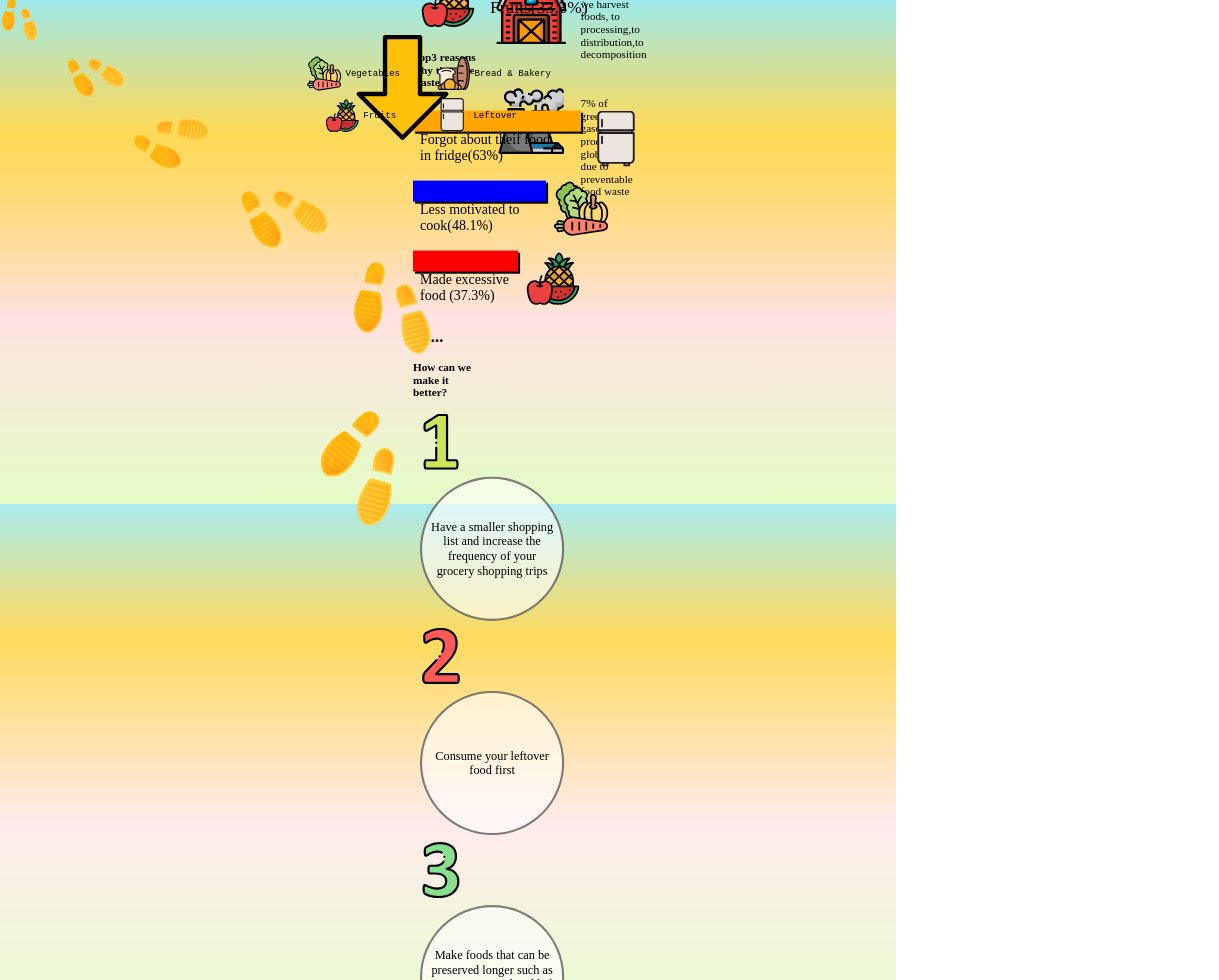
Repository: iorid3/Midterm
Page: index.html
The author's editor kept a copy of each file at every save. The page is drawn from the files as they stood at one save, then again after the next save.
The browser window is 1280 px wide. The page is 1280 px wide, then 1741 px, so the pictures cover 1741 px, including what lies to the right of the window. The pictures show the part of the page from y = 0 to 1400 px (the page is 2584 px tall before and 1831 px after), at 70% of full size.

Above is the page before, as saved 2021-03-09 11:25:43.

### index.html
<!DOCTYPE html>
<html>
    <head>
       <title>Mid term</title>
        <link href= "./index.css"  rel ="stylesheet" type = "text/css" >
    </head>
<body>
   <div id = "main">

        <div class = "section1">
            <div><h1> How Food Waste Impacts Our World</h1></div>
            <div><img src ="./Images/earth crying.svg"/></div>
            <div class = "comp1"></div>
            <div class = "comp2"></div>
            <div class = "comp5"></div>
        </div>

        <div class = "section2">
            <div><h2>DId you know that...</h2></div>
            <div class ="comp3_1"></div>
            <div class ="comp3_2"></div>
            <div class ="comp3_3"></div>
            <div class ="comp3_4"></div>
            <div class = "comp1"></div>

            <div class = "flag"><img src = ""></div>
            <div><h3>Most Common Foods Thrown out by Canadians</h3></div>
               <div class = "container1">
                    <div class ="comp4_1"></div>
                    <div class ="comp4_2"></div>
                    <div class ="comp4_3"></div>
                    <div class ="comp4_4"></div>
                </div>

            <div class = "comp5"></div>
            <div><h3>In Canada, entirely, that is almost 2.2 million tonnes of food wasted</h3></div>
            <div><img src = ""></div>
        </div>

        <div class = "section3">
            <div><h2>How does food waste contribute to carbon foodprint?</h2></div>
            <div><img src = ""></div>

            <div class = "comp6"></div>
            <div class = "comp6"></div>
            <div class = "comp6"></div>
            <div class = "comp6"></div>

                <div class = "container2">
                    <div><img src = ""></div>
                    <div><img src = ""></div>
                    <div><img src = ""></div>
                </div>

            <div class = "comp6"></div>


        </div>


        <div class = "section4">
            <div class = "container3">
               <div><img src = ""></div>
               <div><h3>Survey Results</h3></div>
               <div>Out of 27 responses...</div>
            </div>


            <div class ="comp2"></div>
            <div><h4>Top3 foods that are wasted...</h4></div>
            <div class = "container4">
                <div class = "comp7"></div>
                <div class = "comp7"></div>
                <div class = "comp7"></div>
            </div>

            <div><h4>Top3 reasons why they are wasted...</h4></div>
            <div class = "container5">
                <div class = "comp8"></div>
                <div class = "comp8"></div>
                <div class = "comp8"></div>
            </div>



            <div><h2>So...</h2></div>

            <div><h4>How can we make it better?</h4></div>
            <div class = "container6">
                <div class ="comp9"></div>
                <div class ="comp9"></div>
                <div class ="comp9"></div>
                <div class ="comp9"></div>
            </div>
        </div>

        <div class = "section5">

            <div><h3>Small Steps goes a long way</h3></div>
            <div class = "comp10"></div>
            <div class = "comp10"></div>
            <div class = "comp10"></div>
            <div class = "comp10"></div>
            <div class = "comp10"></div>
            <div class = "comp10"></div>

            <div><img src = ""></div>
            <div><img src = ""></div>

            <div class = "comp5"></div>
            <div><h3>Do your part in saving the environment by ...</h3></div>
            <div><h2>Using this app to reduce food waste</h2></div>
            <div><h2>FridgeSaver</h2></div>
            <div><img src =""></div>
            <div class = "comp5"></div>
            <div><h5>Start with what you have in your fridge</h5></div>

            <div><img src =""></div>
            <div><h5>Ready to find interesting recipes?</h5></div>



        </div>

    <h1>HIHIHI</h1>



       <!-- <div class = "col left">
           <div class = "row top">
               <div class = "shake"></div>
           </div>
           <div class = "row mid">
               <div class = "rank1"></div>
               <div class = "rank2"></div>
           </div> -->
    </div>

<script src = ./Comps/comp1/index.js></script>
<script src = ./Comps/comp2/index.js></script>
<script src = ./Comps/comp3/index.js></script>
<script src = ./Comps/comp4/index.js></script>
<script src = ./Comps/comp5/index.js></script>
<script src = ./Comps/comp6/index.js></script>
<script src = ./Comps/comp7/index.js></script>
<script src = ./Comps/comp8/index.js></script>
<script src = ./Comps/comp9/index.js></script>
<script src = ./Comps/comp10/index.js></script>

<script src = ./index.js></script>
</body>
</html>

### index.css
html,body{
    margin:0;
    background: linear-gradient(180deg, rgba(156, 233, 235, 0.86) 0%, rgba(255, 217, 86, 0.96) 26.56%, rgba(255, 220, 220, 0.6) 63.02%, rgba(227, 252, 195, 0.76) 100%);
    mix-blend-mode: normal;
}
#main{
    width:100vw;
    height:100vh;
    display:flex;
    flex-direction: column;
    align-items: center;
    justify-content: center;
}

.section1{
  width:100px;
}


.section2{
    width:100px;

}

.section3{
    display:flex;
    width:100px;
    height:100px;
}

.section4{
    width:100px;
}


.section5{
    width:100px;

}

### Comps/comp1/index.js
function Comp1UI(url="Images/confusion.png", size ="10px", font= "Poppins", text="text"){
    return `<div style='
            width: 100vw;
            height: 30vh;
            display: inline-flex;
            justify-content: center;
            align-items: center;
            transition: opacity 1s;
            opacity: 0.25;
            position:absolute;
        '
        onclick='Comp1UI.HandleClick(this)'
        >

        <img style='
            display: inline-flex;
            width: 200px;
            position: relative;
            left: 140px;
            top: 60px;
        'src="${url}" />

        <div>
            <img style='
                display: inline-flex;
                position: relative;
                width: 500px;
                left: 100px;
                bottom: 10px;
            'src="Images/chat.svg" />

            <div style='
                display: inline-flex;
                position: relative;
                bottom: 280px;
                right: 265px;
                font-size: ${size};
                font-weight: bold;
                font-family: ${font};
            '> ${text}</div>
        </div>
    </div>`
}

Comp1UI.HandleClick = (el) => {
    el.style.opacity = 1;
}

### Comps/comp2/index.js
function Comp2UI(url="Images/confusion.png", size ="10px", font= "Poppins", text="text"){
    return `<div style='
        width: 100vw;
        height: 30vh;
        display: inline-flex;
        justify-content: center;
        align-items: center;
        transition: opacity 1s;
        opacity: 0.25;
        position:absolute;
    '
    onclick='Comp1UI.HandleClick(this)'
    >

        <img style='
            display: inline-flex;
            width: 200px;
            position: relative;
            left: 500px;
            top:60px;
        ' src="${url}"/>

        <div>
            <img style='
                display: inline-flex;
                position: relative;
                width: 500px;
                right: 200px;
                bottom: 10px;
                transform: rotateY(180deg)
            ' src="Images/chat2.svg" />

            <div style='
                display: inline-flex;
                position: relative;
                bottom: 280px;
                right: 560px;
                font-size: ${size};
                font-weight: bold;
                font-family: ${font};
            ' >${text}</div>
        </div>
    </div>`
}

Comp2UI.HandleClick = (el) => {
    el.style.opacity = 1;
}

### Comps/comp3/index.js
function Comp3UI(Text='Average Canadian wastes 140kg of food in a year', url='https://placekitten.com/400/400') {
    return `
        <div style='
            display: inline-flex;
            align-items: center;
            justify-content: center;

            transition-property: transform;
            transition-duration: 1s;
            transition-timing-function: ease-in-out;
            transition-delay: 1s;

        '>
            <div style='
                flex-basis: 200px;
                text-align: center;
                padding-right: 10px;
                font-family: monospace;


            '
            >${Text}</div>

            <div style='
                width: 100px;
                height: 100px;
            '
            // onclick='Comp3UI.HandleClick(this)'
            >
                <img  style='
                    width: 100%;
                    height: 100%;
                    object-fit: cover;
                '
                src='${url}' />
        </div>
    `
}

// Comp3UI.HandleClick = (el) => {
//     el.style.top = "110%";
// }


// export const Comp3 = Comp3UI();

### Comps/comp4/index.js
function Comp4UI(url='https://placekitten.com/300/300',text='Bread & Bakery',x='0',y='0') {
    return `
        <div style='
            display: flex;
            flex-direction: row;
            align-item: center;
            justify-content: center;
            width: 250px;
            height: 50px;
            margin: 10px;
            position: absolute;
            top: ${x}px;
            left: ${y}px;

            animation-name: bouncing;
            animation-duration: 1.5s;
            animation-direction: alternate;
            animation-iteration-count: infinite;
            animation-delay: 2s;



        '
        >
            <div style='
                width: 50px;
                height: 50px;
            '>
                <img style='
                    width: 100%;
                    height: 100%;
                    object-fit: cover;
                '
                src='${url}' />
            </div>
            <div style='
            font-family: monospace;
            text-align: center;
            padding-top: 18px;
            padding-left: 5px;
            '
            >${text}</div>
        </div>
    `
}




// export const Comp4 = Comp4UI();

### Comps/comp5/index.js
function Comp5UI(x='0', y='0', url='https://placekitten.com/300/300') {
    return `
        <div style='
            width: 150px;
            height: 150px;
            position: absolute;
            top: ${x}px;
            left: ${y}px;

        '
        >
            <img style='
                width: 100%;
                height: 100%;
                object-fit: cover;

                animation-name: bounce;
                animation-duration: 1s;
                animation-direction: alternate;
                animation-iteration-count: infinite;

            '
            src='${url}' />


        </div>

    `
}

// export const Comp5 = Comp5UI();

### Comps/comp6/index.js
function Carboncomp(text =" 7% of greenhouse gases produced globally are due to preventable food waste", url= "images/factory.svg"){
    return `<div style = "
                          display:inline-flex;
                          ">
                         <div style = "display:flex;
                         padding:10px;">
                         <img style ="
                          width:100px;
                          height:100px;
                         " src  = "${url}"></div>
                         <div style ="
                         display:flex;
                         padding:10px;"><p>${text}</p></div>

            </div>`

}

### Comps/comp7/index.js
function Graphcomp(url ="images/vegetable.svg",text ="Leftovers(59.3%)",color ="pink",width ="200px" ){
    return `<div style = "
                          display:inline-flex;
                          align-items:flex-start;
                          justify-content:flex-start;
                          ">
                            <div style = "display:flex;
                            padding:10px;
                            width:80px;
                            height:80px;
                            ">
                            <img src  = "${url}"></div>
                            <div class = "graph"
                            style ="
                            width:${width};
                            height:30px;
                            margin-top:10px;
                            background-color:${color};
                            box-shadow: 3px 3px ;
                            transition:background-color,1s,box-shadow, 1s;"
                            onmouseover = "Graphcomp.HandleMouseover(this)">
                            <div style ="
                            display:flex;
                            padding:10px;
                            font-size:25px;"><p>${text}</p></div>
                            </div>



            </div>`


}

Graphcomp.HandleMouseover = (el)=>{
   el.style.boxShadow = "8px 8px";
//    el.style.width = "400px";
 }

### Comps/comp8/index.js
function Graphcomp2(url ="images/vegetable.svg",text ="Leftovers(59.3%)",color ="pink",width ="200px" ){
    return `<div style = "
                          display:inline-flex;
                          flex-direction:row;
                          justify-content:center;
                          ">
                            <div class = "graph"
                            style ="
                            display:flex;
                            width:${width};
                            height:30px;
                            margin-top:10px;
                            background-color:${color};
                            box-shadow: 3px 3px ;
                            transition:background-color,1s,box-shadow, 1s;"
                            onmouseover = "Graphcomp2.HandleMouseover(this)">
                            <div style ="
                            display:flex;
                            width:200px;
                            padding:10px;
                            font-size:20px;"><p>${text}</p></div>
                            </div>
                            <div style = "display:flex;
                            padding:10px;
                            width:80px;
                            height:80px;
                            ">
                            <img src  = "${url}"></div>




            </div>`


}

Graphcomp2.HandleMouseover = (el)=>{
//    el.style.backgroundColor  = "blue";
   el.style.boxShadow = "8px 8px";
//    el.style.width = "400px";
 }

### Comps/comp9/index.js
function Comp9UI(url="Images/1.svg", text="4 Ways to Make it Better") {
    return `
        <img style='
            width: 80px;
            height: 80px;
            transition: width 0.2s;
            transition-timing-function: ease-in-out;
            display: flex;
        justify-content: center;
        align-items: center;
        flex-wrap: wrap;
        '

        onmouseover='Comp9UI.HandleImageHover(this)'
        onmouseout='Comp9UI.HandleImageHoverOut(this)'

        src="${url}"/>

        <div style='
            width: 180px;
            height: 180px;
            margin: 10px;
            padding: 10px;
            background-color: rgba(255, 255, 255, 0.6);
            border: 3px solid rgba(0, 0, 0, 0.5);
            border-radius: 50%;
            display: flex;
            justify-content: center;
            align-items: center;
            font-size: 1.1em;
            line-height: 1.2em;
            text-align: center;
            transition: width 0.2s;
            transition-timing-function: ease-in-out;
        '
            onmouseover='Comp9UI.HandleHover(this)'
            onmouseout='Comp9UI.HandleHoverOut(this)'

        >${text}</div>

    `
}

Comp9UI.HandleImageHover = (el) => {
    el.style.width = "120px";
    el.style.height = "120px";
}

Comp9UI.HandleImageHoverOut = (el) => {
    el.style.width = "80px";
    el.style.height = "80px";
}

Comp9UI.HandleHover = (el) => {
    el.style.color = "#2E8B57";
    // el.style.width = "210px";
    // el.style.height = "210px";
    // el.style.fontSize = "1.4em";
}

Comp9UI.HandleHoverOut = (el) => {
    el.style.color = "#000000";
    // el.style.width = "180px";
    // el.style.height = "180px";
    // el.style.fontSize = "1.1em";
}
// export const comp9 = Comp9UI();

### Comps/comp10/index.js
function Comp10UI(w="55px", tdeg="120deg", top="0px", left="0px", anidelay="1s") {
    return `
    <img style='
        width: ${w};
        transform: rotate(${tdeg});
        position: absolute;
        top: ${top};
        left: ${left};

        animation-name: footsteps;
        animation-duration: 4s;
        animation-delay: ${anidelay};
        animation-iteration-count: infinite;

    'src="Images/footstep.png"/>

    `
}

// export const comp10 = Comp10UI();

### index.js
document.querySelector(".comp1").innerHTML += Comp1UI("./images/question.svg","25px", "Poppins", "What's the issue?");
document.querySelector(".comp2").innerHTML += Comp2UI("./images/professor.svg", "25px", "Poppins", "Good Question!");

//add claudia's componenets

document.querySelector(".comp3_1").innerHTML += Comp3UI('Average Canadian wastes 140kg of food in a year', 'Images/crowd.svg')
document.querySelector(".comp3_2").innerHTML += Comp3UI('That’s worth about $1,100 Canadian dollars', 'Images/plant.svg')
document.querySelector(".comp3_3").innerHTML += Comp3UI('About 63% of the food that is thrown away could be eaten or used', 'Images/garbage.svg')
document.querySelector(".comp3_4").innerHTML += Comp3UI('A single household waste approximately $100 per month', 'Images/family.svg')

document.querySelector(".comp4_1").innerHTML += Comp4UI('Images/vegetable.svg', 'Vegetables',70,370)
document.querySelector(".comp4_2").innerHTML += Comp4UI('Images/bread.svg', 'Bread & Bakery',70,570)
document.querySelector(".comp4_3").innerHTML += Comp4UI('Images/fruits.svg', 'Fruits',130,380)
document.querySelector(".comp4_4").innerHTML += Comp4UI('Images/fridge.svg', 'Leftover',130,545)

document.querySelector(".comp5").innerHTML += Comp5UI(50,500,'Images/down-arrow.svg')


document.querySelector(".comp9").innerHTML += Comp9UI("Images/1.svg", "Have a smaller shopping list and increase the frequency of your grocery shopping trips");
document.querySelector(".comp9").innerHTML += Comp9UI("Images/2.svg", "Consume your leftover food first");
document.querySelector(".comp9").innerHTML += Comp9UI("Images/3.svg", "Make foods that can be preserved longer such as jam, sauces, and pickled food");
document.querySelector(".comp9").innerHTML += Comp9UI("Images/4.svg", "Be mindful of saving the environment by reducing food waste");

document.querySelector(".comp10").innerHTML += Comp10UI("60px", "120deg", "0px", "0px", "1s");
document.querySelector(".comp10").innerHTML += Comp10UI("75px", "80deg", "70px", "100px", "1.5s");
document.querySelector(".comp10").innerHTML += Comp10UI("95px", "50deg", "150px", "200px", "2s");
document.querySelector(".comp10").innerHTML += Comp10UI("115px", "80deg", "250px", "350px", "2.5s");
document.querySelector(".comp10").innerHTML += Comp10UI("130px", "120deg", "380px", "500px", "3s");
document.querySelector(".comp10").innerHTML += Comp10UI("145px", "150deg", "600px", "450px", "3.5s");

document.querySelector(".comp6").innerHTML +=  Carboncomp();
document.querySelector(".comp6").innerHTML +=  Carboncomp(text = "Waste food that ends up in the landfill produces methane gas",url= "images/garbage.svg");
document.querySelector(".comp6").innerHTML +=  Carboncomp(text ="which 21x more potent than carbon dioxide. It may give serious damage to our society. ",url ="images/skull.svg" );
document.querySelector(".comp6").innerHTML +=  Carboncomp(text = "From the time we harvest foods, to processing,to distribution,to decomposition", url ="images/barn.svg");
document.querySelector(".comp6").innerHTML +=  Carboncomp();
document.querySelector(".comp7").innerHTML +=  Graphcomp("Images/fridge.svg",text ="Leftovers(59.3%)",color ="orange",width ="200px");
document.querySelector(".comp7").innerHTML +=  Graphcomp("Images/vegetable.svg",text ="Vegetables(55.6%)",color ="blue",width ="190px");
document.querySelector(".comp7").innerHTML +=  Graphcomp("Images/fruits.svg",text ="Fruits(33.3%)",color ="red",width ="120px");
document.querySelector(".comp8").innerHTML +=  Graphcomp2("Images/fridge.svg",text ="Forgot about theif food in fridge(63%)",color ="orange",width ="240px");
document.querySelector(".comp8").innerHTML +=  Graphcomp2("Images/vegetable.svg",text ="Less motivated to cook(48.1%)",color ="blue",width ="190px");
document.querySelector(".comp8").innerHTML +=  Graphcomp2("Images/fruits.svg",text ="Made excessive food (37.3%)",color ="red",width ="150px");

After the next save:
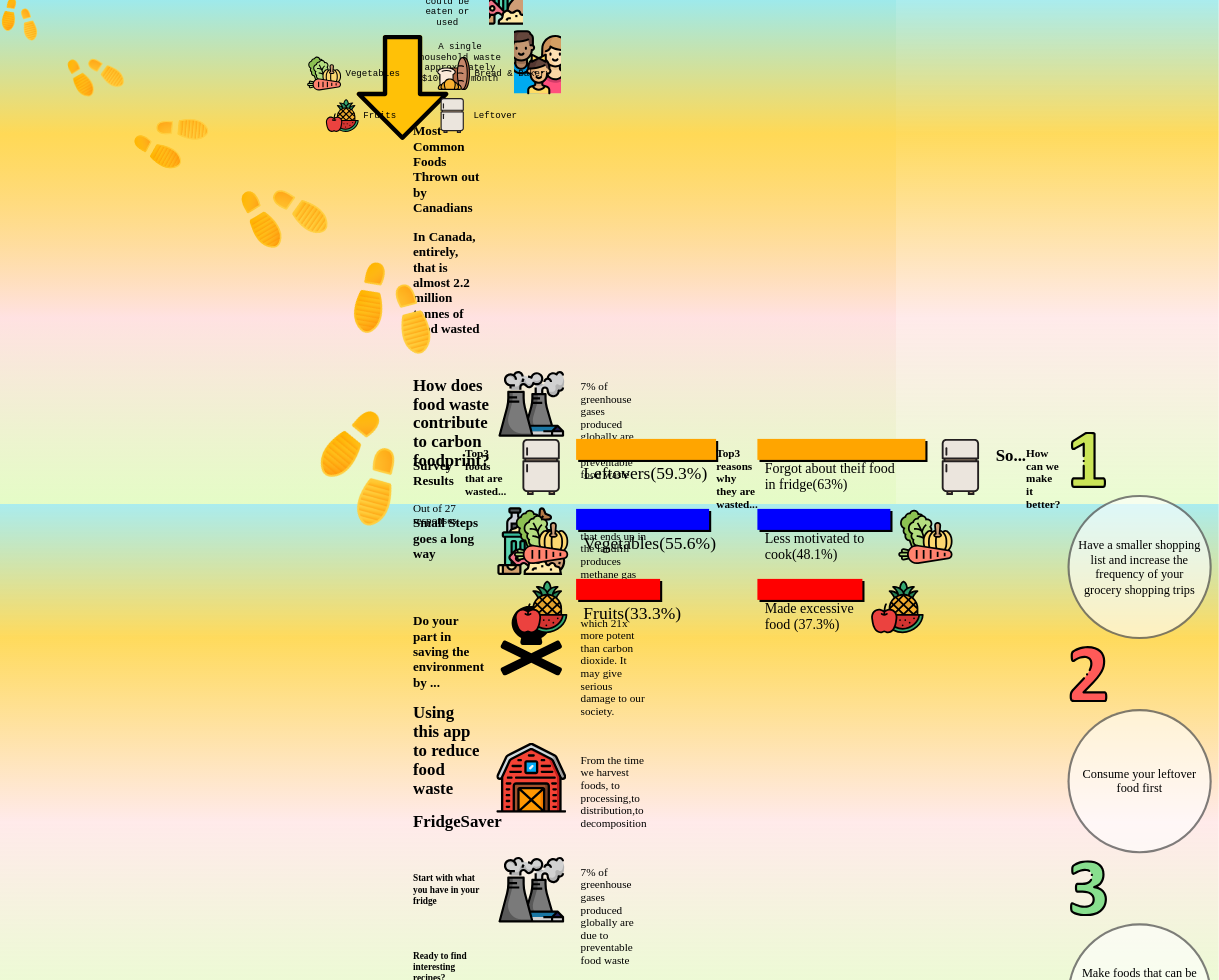
Saved 38 s later.
--- a/index.css
+++ b/index.css
@@ -30,6 +30,9 @@ html,body{
 
 .section4{
     width:100px;
+    display:flex;
+    width:100px;
+    height:100px;
 }
 
 
